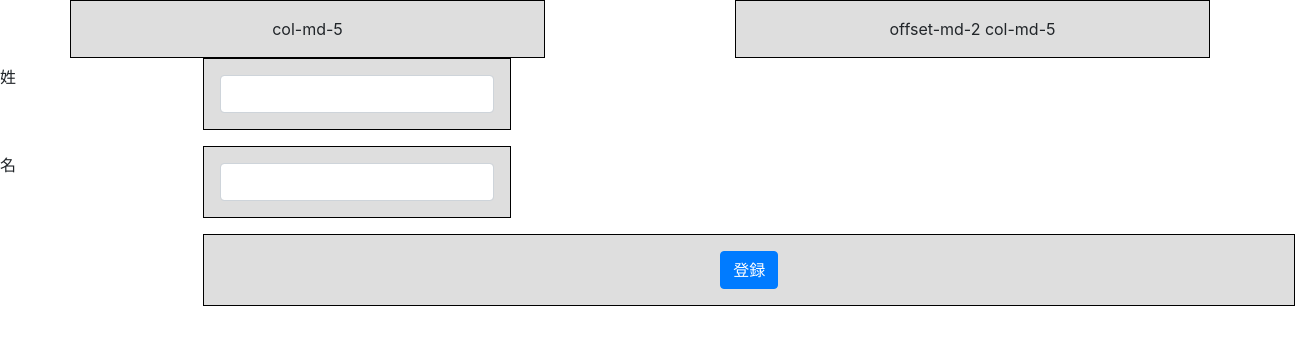
Repository: ichiro-fujii/kadai-commit
Page: lesson-htmlcss/bootstrap_lesson.html
The author's editor kept a record of every edit. The page is drawn from the files as they stood at one moment, then again after the next edit.
The browser window is 1280 px wide. The page is 1295 px wide, so the pictures cover 1295 px, including what lies to the right of the window. The pictures show the whole page.
Some web libraries are served in a nearby version.

Above is the page before.

After the next edit:
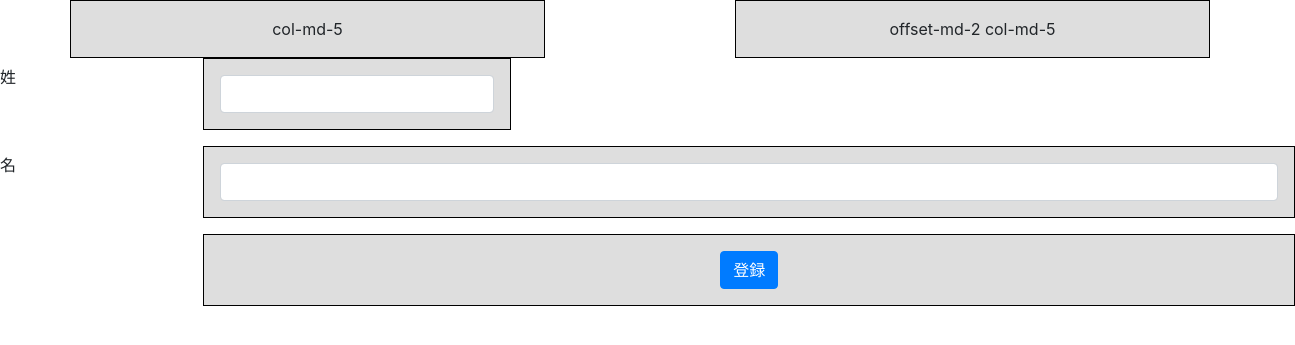
The edit:
--- a/lesson-htmlcss/bootstrap_lesson.html
+++ b/lesson-htmlcss/bootstrap_lesson.html
@@ -45,7 +45,7 @@
         </div>
         <div class="form-group row">
             <label class="col-2 col-form-label">名</label>
-            <div class-"col-10">
+            <div class="col-10">
                 <input type="text" class="form-control" name="firstname">
 
             </div>
